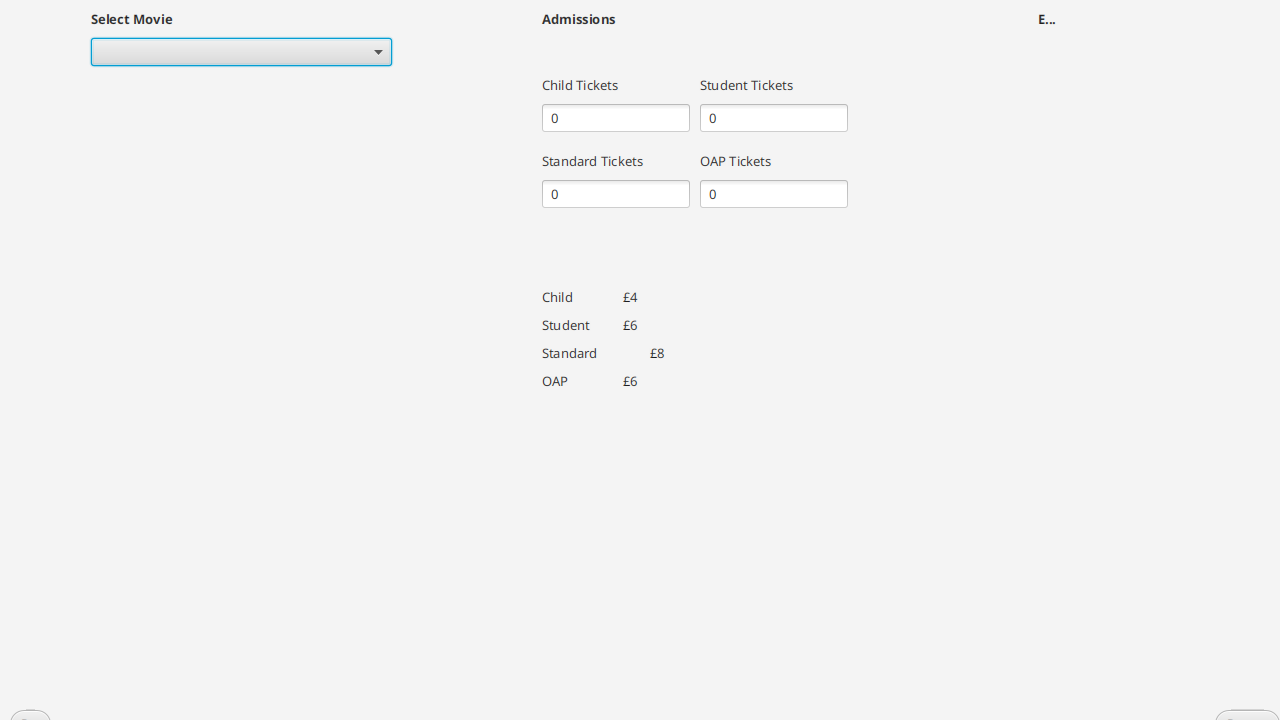
Repository: Singh94/QA-Assessment
Program's window: java QA Cinema/src/qa_cinema/Main.java
The author's editor kept a copy of each file at every save. The program's window is drawn from the files as they stood at one save, then again after the next save.
It runs on Java 21 on a 1366 x 768 screen with JavaFX 11; the title bar is not drawn.

Above is the program's window before, as saved 2017-10-25 17:28:12.

After the next save:
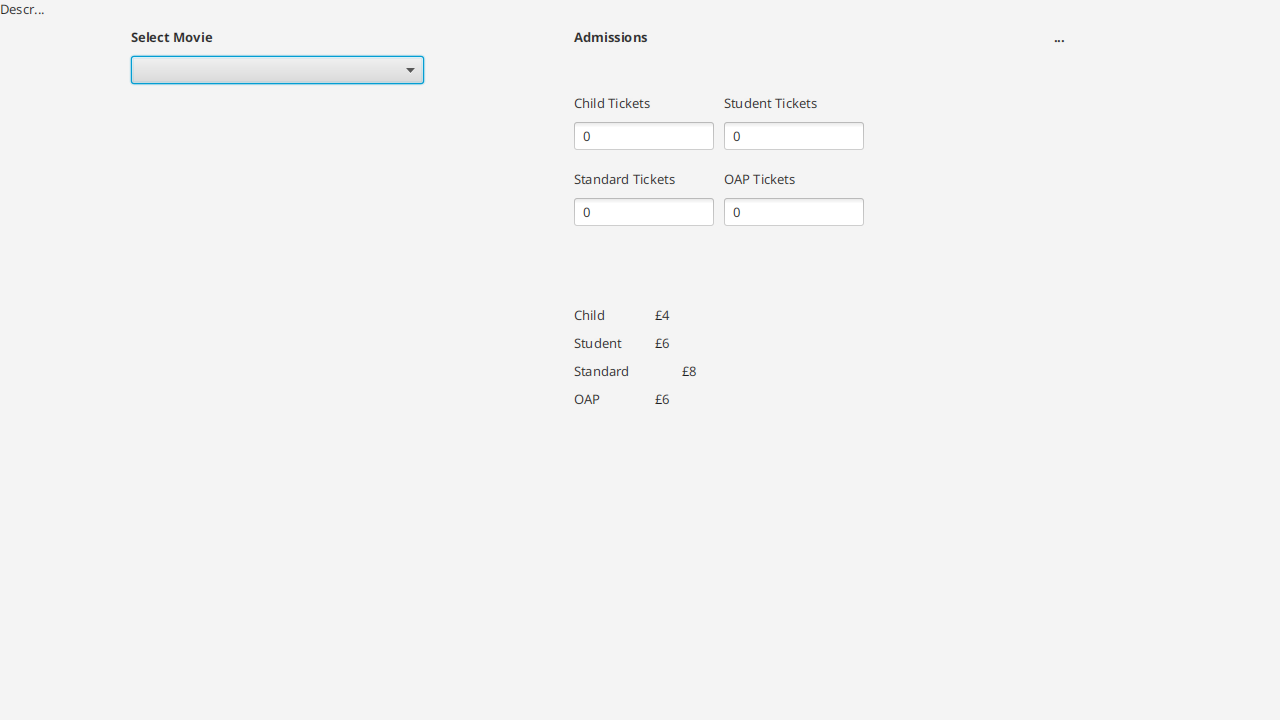
Saved 96 s later.
--- a/QA Cinema/src/qa_cinema/Main.java
+++ b/QA Cinema/src/qa_cinema/Main.java
@@ -174,6 +174,7 @@
 
 		grid.getStylesheets().add(getClass().getResource("application.css").toExternalForm());
 		grid.getChildren().addAll(lbl_selectMovie, cbxMovies,
+										lbl_description,
 									lbl_tickets, lbl_child, lbl_student, lbl_adult, lbl_oap,
 										txt_child, txt_student, txt_adult, txt_oap,
 										lbl_childprice, lbl_studentprice, lbl_adultprice, lbl_oapprice,
